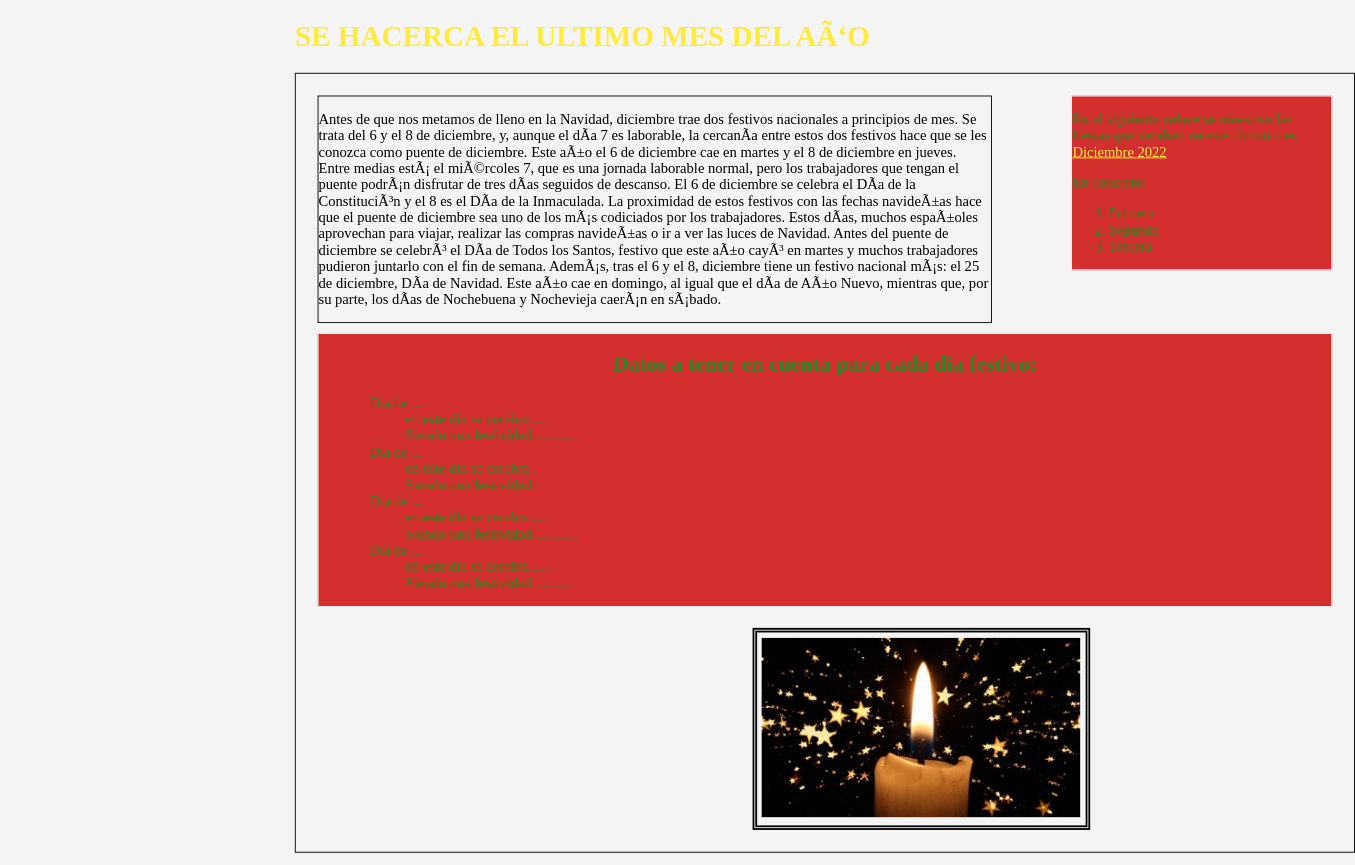
Repository: demoniers/clase
Page: lenguajes/examen2/src/index.html
The author's editor kept a copy of each file at every save. The page is drawn from the files as they stood at one save, then again after the next save.
The browser window is 1280 px wide. The page is 1489 px wide, then 1362 px, so the pictures cover 1489 px, including what lies to the right of the window. The pictures show the whole page, at 91% of full size.

Above is the page before, as saved 2024-11-06 13:51:17.

After the next save:
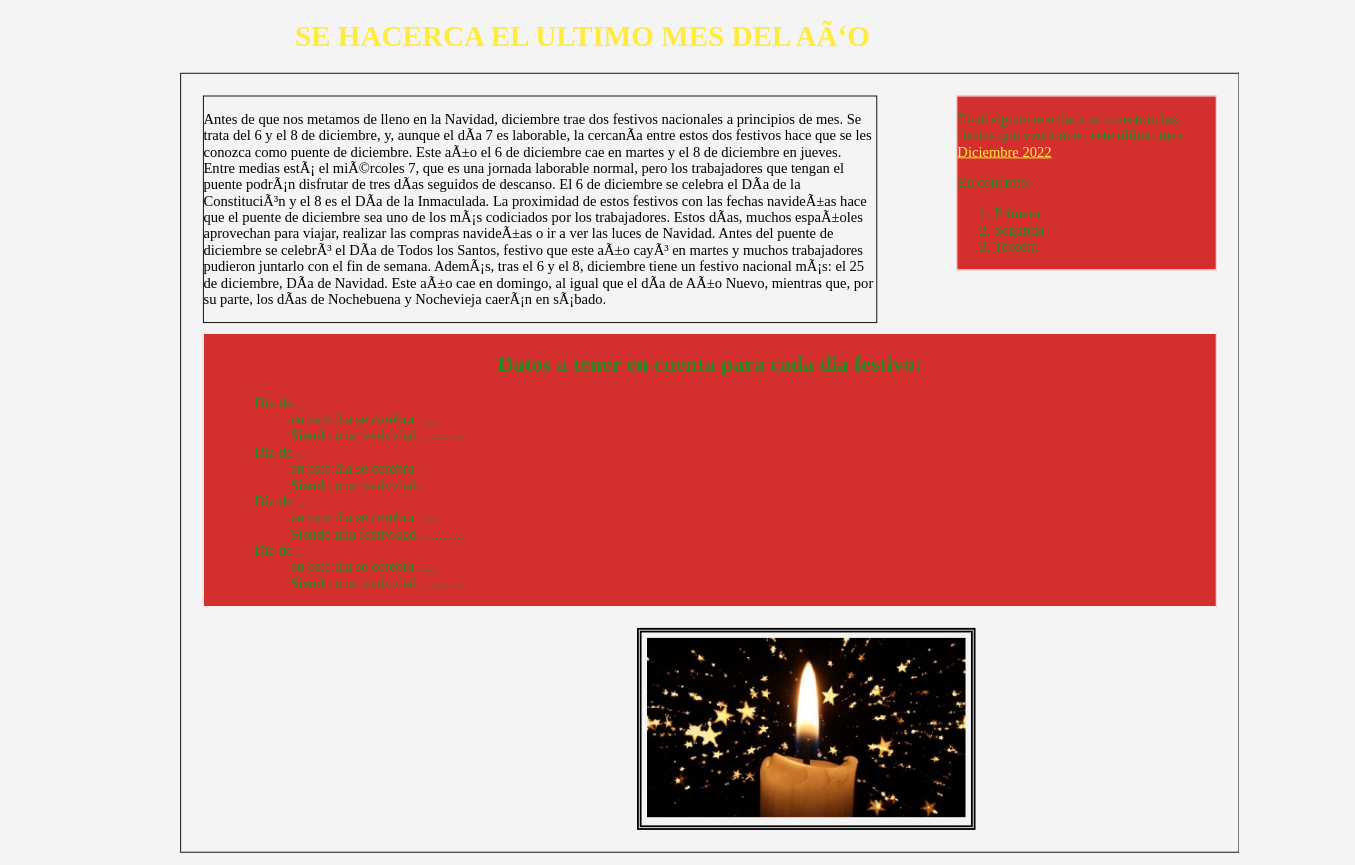
Saved 14 s later.
--- a/lenguajes/examen2/style/style.css
+++ b/lenguajes/examen2/style/style.css
@@ -7,7 +7,7 @@ body {
 #container {
     border: 1px solid black;
     padding: 1%;
-    margin-left: 25%;
+    margin-left: 15%;
     margin-right: 25%;
     height: 9s0%;
     width: 90%;
